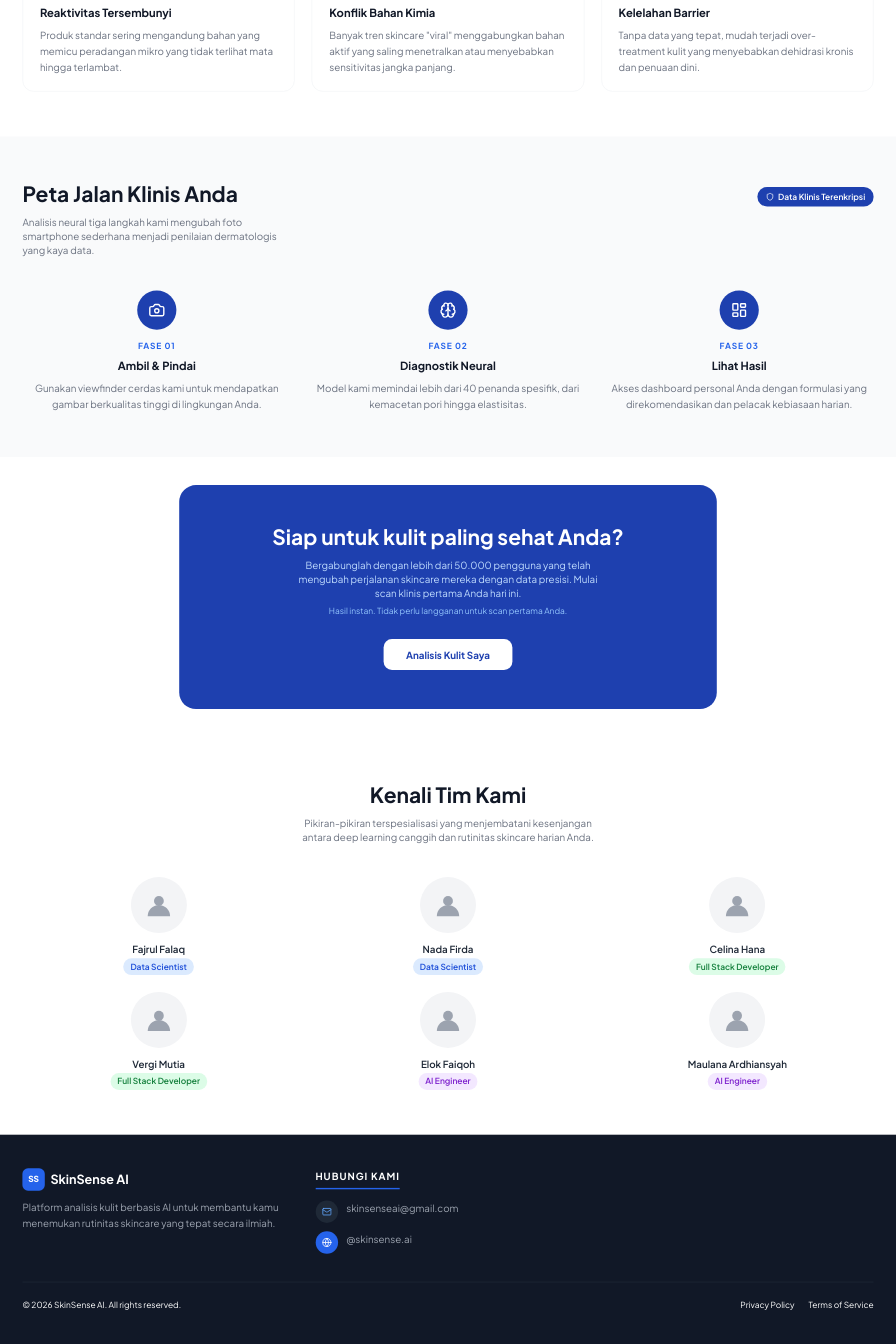
Repository: Celinahanaa/SkinSenseAI
Page: /
These files come from the project's save history. The page is drawn as it stood at one moment and after the next save; the edit follows.
The browser window is 1280 px wide. The pictures show the part of the page from y = 1430 to 3350 px (the page is 3350 px tall), at 70% of full size.
Some web fonts or font styles are not loaded; a fallback is used. The project was rebuilt for these pictures with package versions that can differ from the ones it lists, and the page was loaded fresh each time. Also part of the build but not shown: vite.config.js, src/components/Navbar.jsx, frontend/src/services/api.js, frontend/src/context/AuthContext.jsx, frontend/src/components/ProtectedRoute.jsx, src/pages/Home.jsx, src/pages/Login.jsx, src/pages/Register.jsx and 5 more.

Above is the page before, as saved 2026-05-16 13:37:39.

### index.html
<!doctype html>
<html lang="en">
  <head>
    <meta charset="UTF-8" />
    <link rel="icon" type="image/svg+xml" href="/favicon.svg" />
    <meta name="viewport" content="width=device-width, initial-scale=1.0" />
    <title>skinsense-ai</title>
  </head>
  <body>
    <div id="root"></div>
    <script type="module" src="/src/main.jsx"></script>
  </body>
</html>

### src/index.css
@import url('https://fonts.googleapis.com/css2?family=Plus+Jakarta+Sans:wght@300;400;500;600;700;800&family=Playfair+Display:ital,wght@0,700;0,800;1,700&display=swap');

@tailwind base;
@tailwind components;
@tailwind utilities;

@layer base {
  body {
    font-family: 'Plus Jakarta Sans', sans-serif;
    background-color: #f8faff;
    color: #1a1a2e;
    -webkit-font-smoothing: antialiased;
  }
}

@layer components {
  .btn-primary {
    @apply bg-blue-800 text-white font-semibold px-6 py-3 rounded-xl hover:bg-blue-900 transition-all duration-200 flex items-center justify-center gap-2 cursor-pointer;
  }
  .btn-outline {
    @apply border-2 border-gray-200 bg-white text-gray-700 font-semibold px-6 py-3 rounded-xl hover:border-blue-800 hover:text-blue-800 transition-all duration-200 flex items-center justify-center gap-2 cursor-pointer;
  }
  .card {
    @apply bg-white rounded-2xl p-6;
    box-shadow: 0 2px 20px rgba(30, 58, 138, 0.08);
  }
  .input-field {
    @apply w-full border border-gray-200 rounded-xl px-4 py-3 pl-11 text-gray-800 placeholder-gray-400 focus:outline-none focus:border-blue-600 transition-all bg-gray-50 text-sm;
  }
  .nav-link {
    @apply text-gray-600 hover:text-blue-800 font-medium text-sm transition-colors cursor-pointer;
  }
}

@keyframes fadeInUp {
  from { opacity: 0; transform: translateY(24px); }
  to   { opacity: 1; transform: translateY(0); }
}
@keyframes fadeIn {
  from { opacity: 0; }
  to   { opacity: 1; }
}
@keyframes scanLine {
  0%   { top: 0%; }
  100% { top: 95%; }
}
@keyframes float {
  0%, 100% { transform: translateY(0px); }
  50%       { transform: translateY(-8px); }
}
@keyframes spin-slow {
  from { transform: rotate(0deg); }
  to   { transform: rotate(360deg); }
}
@keyframes float {
  0%, 100% { transform: translateY(0px); }
  50% { transform: translateY(-10px); }
}

.animate-fade-in-up { animation: fadeInUp 0.7s ease-out forwards; }
.animate-fade-in { animation: fadeIn 0.5s ease-out forwards; }
.animate-float { animation: float 3s ease-in-out infinite; }
.animate-spin-slow { animation: spin-slow 8s linear infinite; }
.scan-line { position: absolute; left: 0; right: 0; height: 2px; background: linear-gradient(90deg, transparent, #3b5fc0, transparent); animation: scanLine 1.8s linear infinite; }
.delay-100 { animation-delay: 100ms; }
.delay-200 { animation-delay: 200ms; }
.delay-300 { animation-delay: 300ms; }
.delay-400 { animation-delay: 400ms; }
.delay-500 { animation-delay: 500ms; }

### src/App.jsx
import { BrowserRouter, Routes, Route } from 'react-router-dom';
import { AuthProvider } from './context/AuthContext';
import { ThemeProvider } from './context/ThemeContext';
import { LanguageProvider } from './context/LanguageContext';
import Navbar from './components/Navbar';
import ProtectedRoute from './components/ProtectedRoute';

import Landing from './pages/LandingPage';
import Home from './pages/Home';
import Login from './pages/Login';
import Register from './pages/Register';
import Analysis from './pages/Analysis';
import Result from './pages/Result';
import History from './pages/History';
import Profile from './pages/Profile';
import EditProfile from './pages/EditProfile';

function Layout({ children }) {
  return (
    <div className="min-h-screen flex flex-col">
      <Navbar />
      <main className="flex-1">{children}</main>
    </div>
  );
}

export default function App() {
  return (
    <BrowserRouter>
      <AuthProvider>
        <ThemeProvider>
          <LanguageProvider>
            <Routes>
              <Route path="/" element={<Landing />} />
              <Route path="/login" element={<Login />} />
              <Route path="/register" element={<Register />} />
              <Route path="/home" element={<Layout><ProtectedRoute><Home /></ProtectedRoute></Layout>} />
              <Route path="/analysis" element={<Layout><ProtectedRoute><Analysis /></ProtectedRoute></Layout>} />
              <Route path="/result" element={<ProtectedRoute><Result /></ProtectedRoute>} />
              <Route path="/history" element={<Layout><ProtectedRoute><History /></ProtectedRoute></Layout>} />
              <Route path="/profile" element={<Layout><ProtectedRoute><Profile /></ProtectedRoute></Layout>} />
              <Route path="/editprofile" element={<ProtectedRoute><EditProfile /></ProtectedRoute>} />
            </Routes>
          </LanguageProvider>
        </ThemeProvider>
      </AuthProvider>
    </BrowserRouter>
  );
}

### src/context/AuthContext.jsx
import { createContext, useContext, useState, useEffect } from 'react';
import { apiLogin, apiRegister, apiGetProfile } from '../services/api';

const AuthContext = createContext(null);

export function AuthProvider({ children }) {
  const [user, setUser] = useState(null);
  const [loading, setLoading] = useState(true); // cek token saat app dibuka

  // Saat app pertama dibuka, cek apakah ada token tersimpan
  useEffect(() => {
    const token = localStorage.getItem('token');
    if (token) {
      // Ambil data profil pakai token yang ada
      apiGetProfile()
        .then(profile => setUser(profile))
        .catch(() => {
          // Token expired/invalid, hapus
          localStorage.removeItem('token');
        })
        .finally(() => setLoading(false));
    } else {
      setLoading(false);
    }
  }, []);

const login = async (email, password) => {
  const data = await apiLogin(email, password);
  localStorage.setItem('token', data.token);
  // ✅ fetch profile lengkap termasuk skin_type & skin_concerns
  const profile = await apiGetProfile();
  setUser(profile);
  return data;
};

const register = async (name, email, password) => {
  const data = await apiRegister(name, email, password);
  localStorage.setItem('token', data.token);
  // ✅ sama di register
  const profile = await apiGetProfile();
  setUser(profile);
  return data;
};

  const logout = () => {
    localStorage.removeItem('token');
    setUser(null);
  };

  // Jangan render app dulu sebelum selesai cek token
  if (loading) return null;

  return (
    <AuthContext.Provider value={{ user, setUser, login, register, logout }}>
      {children}
    </AuthContext.Provider>
  );
}

// Di AuthContext.jsx, ubah baris terakhir
export const useAuth = () => {
  const context = useContext(AuthContext);
  if (context === null) {
    throw new Error('useAuth harus digunakan di dalam AuthProvider');
  }
  return context;
};

### src/context/ThemeContext.jsx
import { createContext, useContext, useState, useEffect } from 'react';

const ThemeContext = createContext();

export function ThemeProvider({ children }) {
  const [dark, setDark] = useState(false);

  useEffect(() => {
    if (dark) {
      document.documentElement.classList.add('dark');
    } else {
      document.documentElement.classList.remove('dark');
    }
  }, [dark]);

  return (
    <ThemeContext.Provider value={{ dark, setDark }}>
      {children}
    </ThemeContext.Provider>
  );
}

export const useTheme = () => useContext(ThemeContext);

### src/components/Footer.jsx
import { Link } from 'react-router-dom';
import { Mail, Globe } from 'lucide-react';
import { useAuth } from '../context/AuthContext';

export default function Footer() {
  const { user } = useAuth();

  const footerLinks = [
    { to: '/home', label: 'Home' },
    { to: '/analysis', label: 'Analysis' },
    { to: '/history', label: 'History' },
    { to: '/profile', label: 'Profile' },
  ];

  return (
    <footer className="bg-gray-900 text-white mt-auto">
      <div className="max-w-7xl mx-auto px-4 sm:px-6 lg:px-8 py-12">
        <div className="grid grid-cols-1 md:grid-cols-3 gap-10">

          {/* Brand */}
          <div>
            <div className="flex items-center gap-2 mb-3">
              <div className="w-8 h-8 bg-blue-600 rounded-lg flex items-center justify-center">
                <span className="text-white text-xs font-black">SS</span>
              </div>
              <span className="font-bold text-white text-lg">SkinSense AI</span>
            </div>
            <p className="text-gray-400 text-sm leading-relaxed">
              Platform analisis kulit berbasis AI untuk membantu kamu menemukan rutinitas skincare yang tepat secara ilmiah.
            </p>
          </div>

          {/* Menu */}
          {user && (
            <div>
              <h3 className="font-bold text-white mb-4 text-sm uppercase tracking-widest border-b-2 border-blue-600 pb-2 w-fit">Menu Utama</h3>
              <ul className="space-y-2">
                {footerLinks.map((link) => (
                  <li key={link.to}>
                    <Link
                      to={link.to}
                      className="text-gray-400 hover:text-white text-sm transition-colors flex items-center gap-2"
                    >
                      <span className="text-blue-500">›</span> {link.label}
                    </Link>
                  </li>
                ))}
              </ul>
            </div>
          )}

          {/* Hubungi Kami */}
          <div>
            <h3 className="font-bold text-white mb-4 text-sm uppercase tracking-widest border-b-2 border-blue-600 pb-2 w-fit">Hubungi Kami</h3>
            <div className="space-y-3">
              <div className="flex items-start gap-3">
                <div className="w-8 h-8 bg-gray-800 rounded-full flex items-center justify-center flex-shrink-0">
                  <Mail size={14} className="text-blue-400" />
                </div>
                <p className="text-gray-400 text-sm leading-relaxed">skinsenseai@gmail.com</p>
              </div>
              <div className="flex items-start gap-3">
                <div className="w-8 h-8 bg-blue-600 rounded-full flex items-center justify-center flex-shrink-0">
                  <Globe size={14} className="text-white" />
                </div>
                <p className="text-gray-400 text-sm leading-relaxed">@skinsense.ai</p>
              </div>
            </div>
          </div>

        </div>

        {/* Bottom bar */}
        <div className="border-t border-gray-800 mt-10 pt-6 flex flex-col sm:flex-row justify-between items-center gap-3">
          <p className="text-white-500 text-xs">© 2026 SkinSense AI. All rights reserved.</p>
          <div className="flex gap-5 text-xs text-white">
            <span className="hover:text-blue-400 cursor-pointer transition-colors">Privacy Policy</span>
            <span className="hover:text-blue-400 cursor-pointer transition-colors">Terms of Service</span>
          </div>
        </div>
      </div>
    </footer>
  );
}

### src/components/FaceScanHero.jsx
import { useEffect, useRef } from 'react';

export default function FaceScanHero() {
  const scanRef = useRef(null);

  useEffect(() => {
    let pos = -130;
    let dir = 1;
    const interval = setInterval(() => {
      pos += dir * 1.2;
      if (pos >= 130) dir = -1;
      if (pos <= -130) dir = 1;
      if (scanRef.current) {
        scanRef.current.style.transform = `translateY(${pos}px)`;
      }
    }, 16);
    return () => clearInterval(interval);
  }, []);

  return (
    <div className="relative flex items-center justify-center w-full h-full min-h-[460px]">

      {/* Glow */}
      <div className="absolute w-72 h-72 rounded-full bg-blue-100 dark:bg-blue-900/20 opacity-60"
        style={{ filter: 'blur(48px)' }} />

      {/* Ring orbits */}
      <div
        className="absolute w-80 h-80 rounded-full border border-dashed border-blue-200 dark:border-blue-800"
        style={{ animation: 'spin 12s linear infinite' }}
      />
      <div
        className="absolute w-[26rem] h-[26rem] rounded-full border border-dashed border-indigo-100 dark:border-indigo-900"
        style={{ animation: 'spin 20s linear infinite reverse' }}
      />

      {/* Face wrapper */}
      <div
        className="relative w-60 h-80"
        style={{ animation: 'float 4s ease-in-out infinite' }}
      >
        {/* Corner brackets */}
        <div className="absolute top-0 left-0 w-5 h-5 border-t-2 border-l-2 border-blue-500 opacity-80 z-10" />
        <div className="absolute top-0 right-0 w-5 h-5 border-t-2 border-r-2 border-blue-500 opacity-80 z-10" />
        <div className="absolute bottom-0 left-0 w-5 h-5 border-b-2 border-l-2 border-blue-500 opacity-80 z-10" />
        <div className="absolute bottom-0 right-0 w-5 h-5 border-b-2 border-r-2 border-blue-500 opacity-80 z-10" />

        {/* SVG: foto + efek overlay */}
        <svg
          viewBox="0 0 260 320"
          xmlns="http://www.w3.org/2000/svg"
          className="w-full h-full"
        >
          <defs>
            {/* Clip oval untuk foto */}
            <clipPath id="faceClip">
              <ellipse cx="130" cy="155" rx="115" ry="148" />
            </clipPath>
          </defs>

          {/* ✅ Foto asli */}
          <image
            href="/images/face-model.jpg"
            x="-10" y="0"
            width="280" height="320"
            clipPath="url(#faceClip)"
            preserveAspectRatio="xMidYMid slice"
          />

          {/* Mesh dots overlay di atas foto */}
          <g fill="rgba(59,130,246,0.30)" clipPath="url(#faceClip)">
            <circle cx="70"  cy="110" r="1.5"/><circle cx="90"  cy="95"  r="1.5"/>
            <circle cx="112" cy="88"  r="1.5"/><circle cx="130" cy="85"  r="1.5"/>
            <circle cx="148" cy="88"  r="1.5"/><circle cx="170" cy="95"  r="1.5"/>
            <circle cx="188" cy="110" r="1.5"/><circle cx="65"  cy="135" r="1.5"/>
            <circle cx="85"  cy="148" r="1.5"/><circle cx="108" cy="155" r="1.5"/>
            <circle cx="130" cy="158" r="1.5"/><circle cx="152" cy="155" r="1.5"/>
            <circle cx="175" cy="148" r="1.5"/><circle cx="193" cy="135" r="1.5"/>
            <circle cx="72"  cy="170" r="1.5"/><circle cx="95"  cy="183" r="1.5"/>
            <circle cx="118" cy="195" r="1.5"/><circle cx="142" cy="195" r="1.5"/>
            <circle cx="165" cy="183" r="1.5"/><circle cx="186" cy="170" r="1.5"/>
            <circle cx="88"  cy="215" r="1.5"/><circle cx="130" cy="225" r="1.5"/>
            <circle cx="172" cy="215" r="1.5"/>
          </g>

          {/* Thin grid lines overlay */}
          <g stroke="rgba(59,130,246,0.12)" strokeWidth="0.5" clipPath="url(#faceClip)">
            <line x1="15" y1="107" x2="245" y2="107"/>
            <line x1="15" y1="145" x2="245" y2="145"/>
            <line x1="15" y1="183" x2="245" y2="183"/>
            <line x1="15" y1="221" x2="245" y2="221"/>
            <line x1="65"  y1="15" x2="65"  y2="305"/>
            <line x1="108" y1="15" x2="108" y2="305"/>
            <line x1="152" y1="15" x2="152" y2="305"/>
            <line x1="195" y1="15" x2="195" y2="305"/>
          </g>

          {/* Eye ring pulse — mata kiri */}
          <circle cx="88" cy="128" r="4" fill="none" stroke="#3b82f6" strokeWidth="1">
            <animate attributeName="r" values="4;10;4" dur="2.2s" repeatCount="indefinite"/>
            <animate attributeName="opacity" values="0.9;0;0.9" dur="2.2s" repeatCount="indefinite"/>
          </circle>

          {/* Eye ring pulse — mata kanan */}
          <circle cx="172" cy="128" r="4" fill="none" stroke="#3b82f6" strokeWidth="1">
            <animate attributeName="r" values="4;10;4" dur="2.2s" begin="0.4s" repeatCount="indefinite"/>
            <animate attributeName="opacity" values="0.9;0;0.9" dur="2.2s" begin="0.4s" repeatCount="indefinite"/>
          </circle>

          {/* Nose bridge dot */}
          <circle cx="130" cy="185" r="3" fill="none" stroke="#60a5fa" strokeWidth="1">
            <animate attributeName="r" values="3;6;3" dur="3s" begin="0.8s" repeatCount="indefinite"/>
            <animate attributeName="opacity" values="0.7;0;0.7" dur="3s" begin="0.8s" repeatCount="indefinite"/>
          </circle>

          {/* Subtle blue tint overlay */}
          <ellipse cx="130" cy="155" rx="115" ry="148"
            fill="rgba(59,130,246,0.04)" />
        </svg>

        {/* Scan line */}
        <div
          ref={scanRef}
          className="absolute left-0 right-0 h-0.5 z-10 pointer-events-none"
          style={{
            top: '50%',
            background: 'linear-gradient(90deg, transparent, #3b82f6, #93c5fd, #3b82f6, transparent)',
            boxShadow: '0 0 10px #3b82f6, 0 0 2px #93c5fd',
          }}
        />
      </div>

      {/* Analysis tags */}
      <div className="absolute left-2 top-14 bg-white dark:bg-gray-800 border border-blue-200 dark:border-blue-800 rounded-lg px-3 py-1.5 text-xs flex items-center gap-2 shadow-sm">
        <span className="w-2 h-2 rounded-full bg-green-500 flex-shrink-0" />
        <span className="text-gray-500 dark:text-gray-400">Hidrasi</span>
        <span className="font-semibold text-gray-800 dark:text-white">82%</span>
      </div>

      <div className="absolute right-2 top-24 bg-white dark:bg-gray-800 border border-blue-200 dark:border-blue-800 rounded-lg px-3 py-1.5 text-xs flex items-center gap-2 shadow-sm">
        <span className="w-2 h-2 rounded-full bg-yellow-400 flex-shrink-0" />
        <span className="text-gray-500 dark:text-gray-400">UV Damage</span>
        <span className="font-semibold text-gray-800 dark:text-white">Rendah</span>
      </div>

      <div className="absolute right-2 bottom-28 bg-white dark:bg-gray-800 border border-blue-200 dark:border-blue-800 rounded-lg px-3 py-1.5 text-xs flex items-center gap-2 shadow-sm">
        <span className="w-2 h-2 rounded-full bg-blue-500 flex-shrink-0" />
        <span className="text-gray-500 dark:text-gray-400">Skin Type</span>
        <span className="font-semibold text-gray-800 dark:text-white">Kombinasi</span>
      </div>

      <div className="absolute left-2 bottom-20 bg-white dark:bg-gray-800 border border-blue-200 dark:border-blue-800 rounded-lg px-3 py-1.5 text-xs flex items-center gap-2 shadow-sm">
        <span className="w-2 h-2 rounded-full bg-purple-500 flex-shrink-0" />
        <span className="text-gray-500 dark:text-gray-400">Pori-pori</span>
        <span className="font-semibold text-gray-800 dark:text-white">Normal</span>
      </div>

      <div className="absolute bottom-4 left-1/2 -translate-x-1/2 bg-white dark:bg-gray-800 border border-blue-200 dark:border-blue-800 rounded-lg px-3 py-1.5 text-xs flex items-center gap-2 shadow-sm">
        <span className="w-2 h-2 rounded-full bg-pink-500 flex-shrink-0"
          style={{ animation: 'pulse 1.5s ease-in-out infinite' }} />
        <span className="text-gray-500 dark:text-gray-400">AI Confidence</span>
        <span className="font-semibold text-blue-600 dark:text-blue-400">98.4%</span>
      </div>
    </div>
  );
}

Loaded but not shown: src/main.jsx (common file); src/services/api.js (116 lines, source omitted); tailwind.config.js (30 lines, source omitted); src/context/LanguageContext.jsx (260 lines, source omitted); src/pages/LandingPage.jsx (229 lines, source omitted)

After the next save:
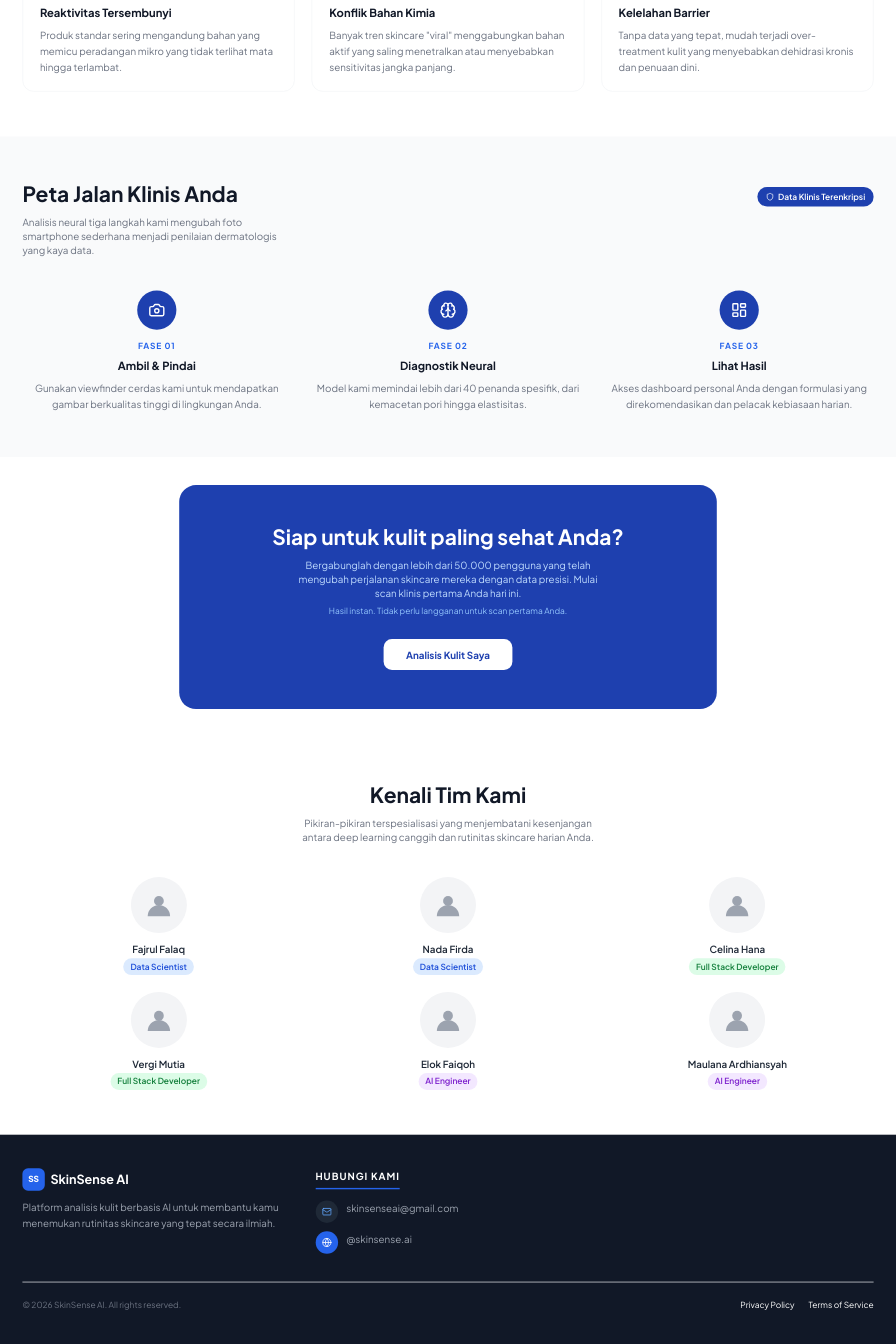
Saved 62 min 20 s later.
--- a/src/components/Footer.jsx
+++ b/src/components/Footer.jsx
@@ -71,8 +71,8 @@ export default function Footer() {
         </div>
 
         {/* Bottom bar */}
-        <div className="border-t border-gray-800 mt-10 pt-6 flex flex-col sm:flex-row justify-between items-center gap-3">
-          <p className="text-white-500 text-xs">© 2026 SkinSense AI. All rights reserved.</p>
+        <div className="border-t border-white-800 mt-10 pt-6 flex flex-col sm:flex-row justify-between items-center gap-3">
+          <p className="text-gray-500 text-xs">© 2026 SkinSense AI. All rights reserved.</p>
           <div className="flex gap-5 text-xs text-white">
             <span className="hover:text-blue-400 cursor-pointer transition-colors">Privacy Policy</span>
             <span className="hover:text-blue-400 cursor-pointer transition-colors">Terms of Service</span>
